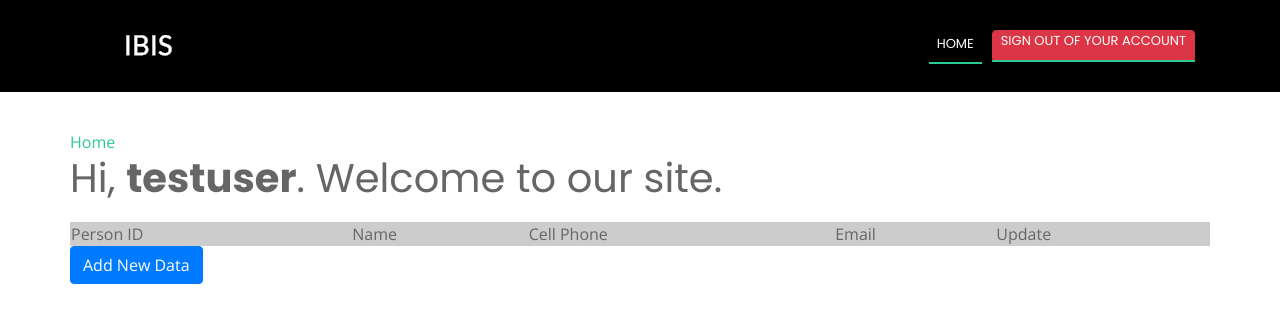
Repository: bhavrishi/Php_Internship_System
Page: http://localhost/ibis/admin/persons/index.php
The author's editor kept a record of every edit. The page is drawn from the files as they stood at one moment, then again after the next edit.
The browser window is 1280 px wide. The pictures show the whole page.
The page is run by PHP 8.4 with error messages shown; the project is at /var/www/html/. The session is filled in as if someone had signed in: {"username": "testuser"}. Queries for data that is not in the repository find no rows.

Above is the page before.

After the next edit:
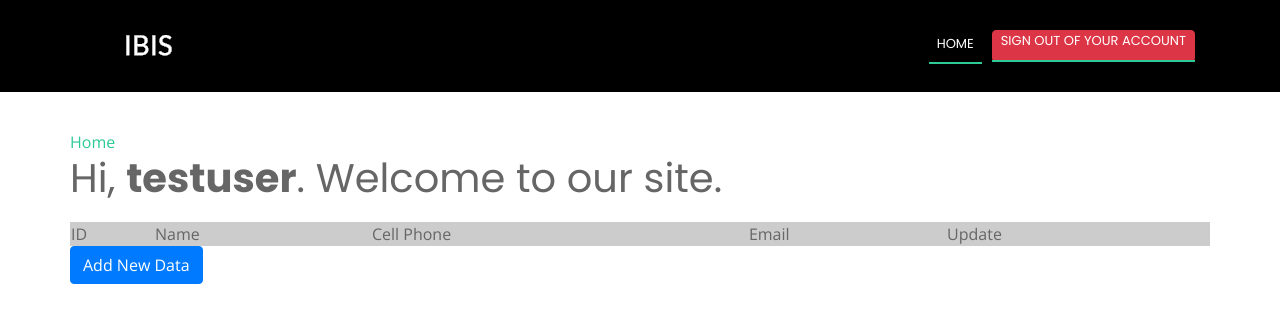
The edit:
--- a/workspace/ibis/admin/persons/index.php
+++ b/workspace/ibis/admin/persons/index.php
@@ -82,7 +82,7 @@
 	<table width='100%' border=0>
 
 	<tr bgcolor='#CCCCCC'>
-		<td>Person ID</td>
+		<td>ID</td>
 		<td>Name</td>
 		<td>Cell Phone</td>
 		<td>Email</td>
